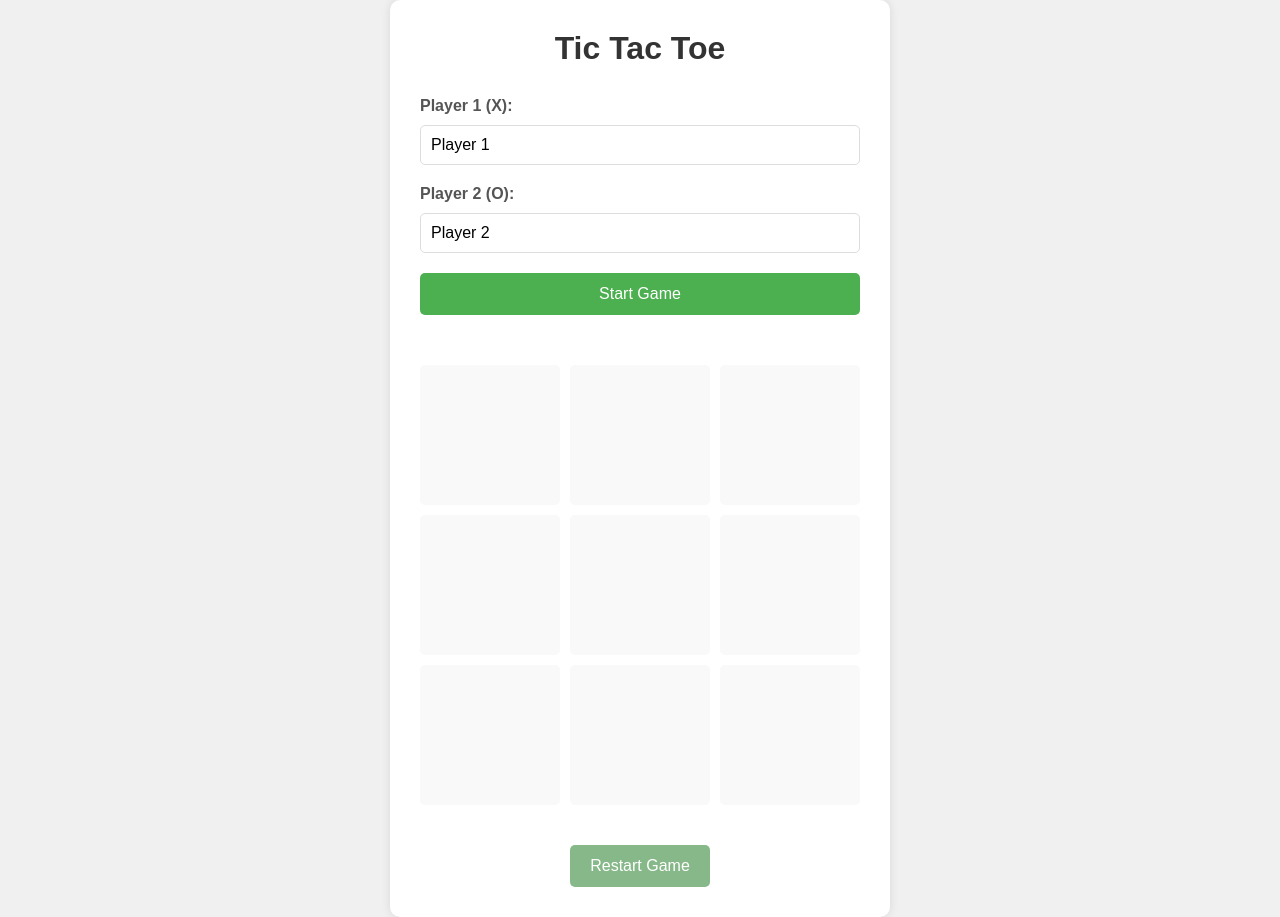
Repository: gkintu/odin-tic-tac-toe
Page: index.html
The author's editor kept a copy of each file at every save. The page is drawn from the files as they stood at one save, then again after the next save.
The browser window is 1280 px wide. The pictures show the whole page.

Above is the page before, as saved 2025-03-14 18:00:02.

After the next save:
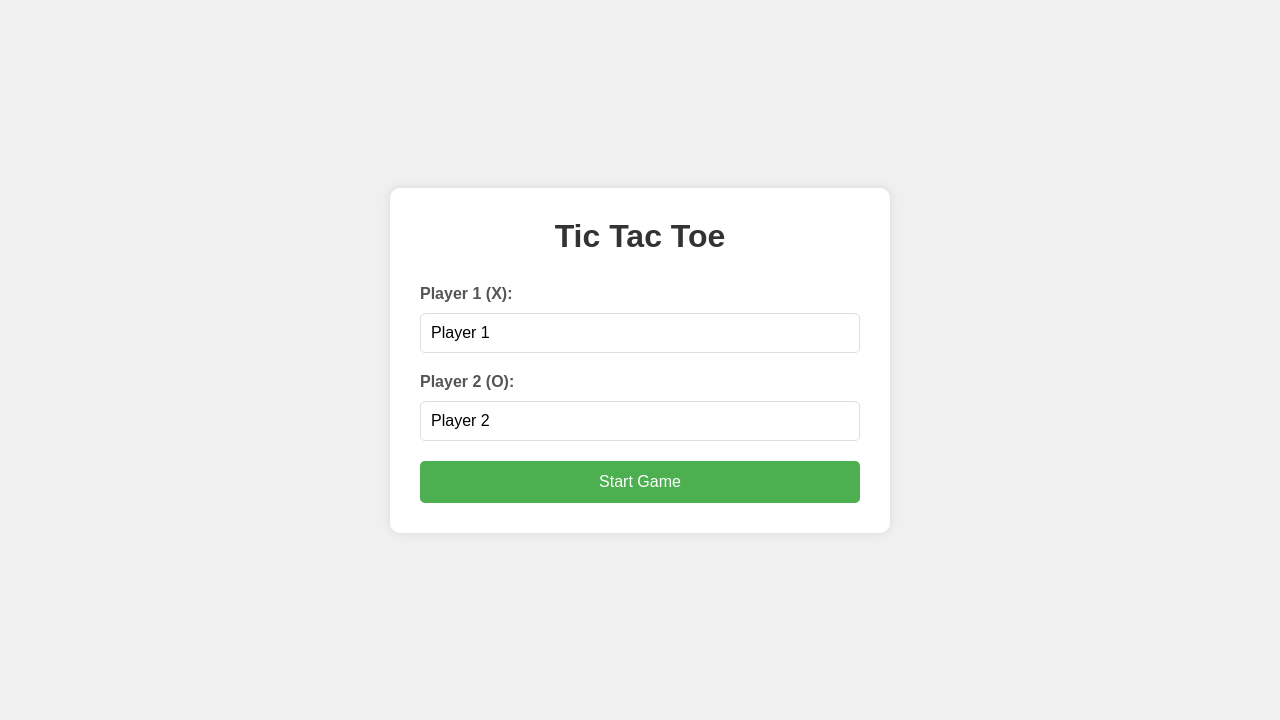
Saved 21 s later.
--- a/index.html
+++ b/index.html
@@ -23,7 +23,7 @@
             <button id="start-button">Start Game</button>
         </div>
 
-        <div id="game-screen" class="none">
+        <div id="game-screen" class="hidden">
             <div id="status-message"></div>
             <div class="board">
                 <div class="cell" data-index="0"></div>
